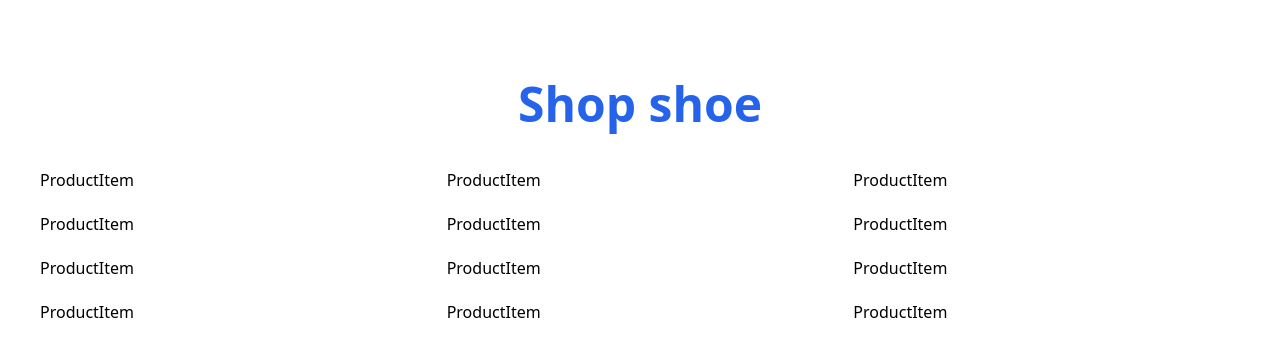
Repository: baobaodeveloper/bootcamp21_ShopShoe_HuynhAnhBao
Page: /
An editor plug-in stored every save of this project. The page is shown before and after the next save, followed by the edit.
The browser window is 1280 px wide. The pictures show the whole page.
The project was rebuilt for these pictures with package versions that can differ from the ones it lists, and the page was loaded fresh each time. Also part of the build but not shown: vite.config.js.

Above is the page before, as saved 2022-05-09 21:02:07.

After the next save:
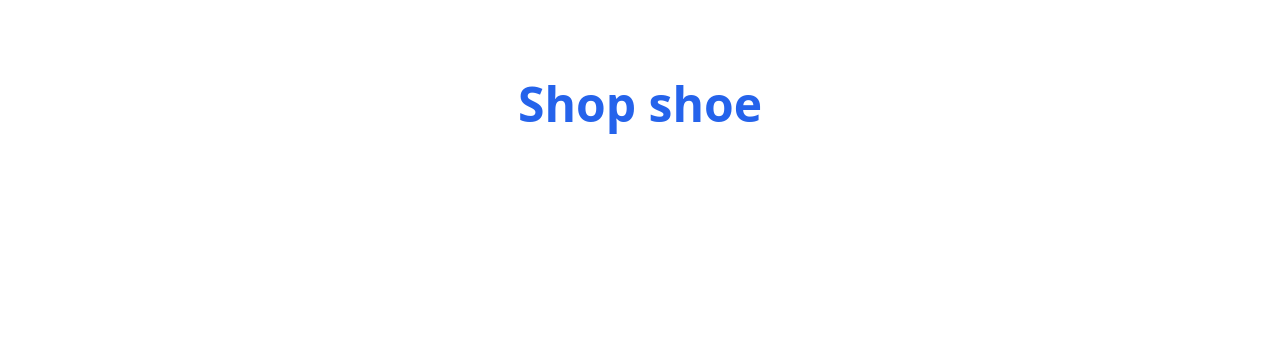
Saved 3 s later.
--- a/src/components/ProductItem.jsx
+++ b/src/components/ProductItem.jsx
@@ -3,6 +3,6 @@ import React, { Component } from "react";
 export default class ProductItem extends Component {
   render() {
     const {} = this.props.item;
-    return <div>ProductItem</div>;
+    return <div></div>;
   }
 }
